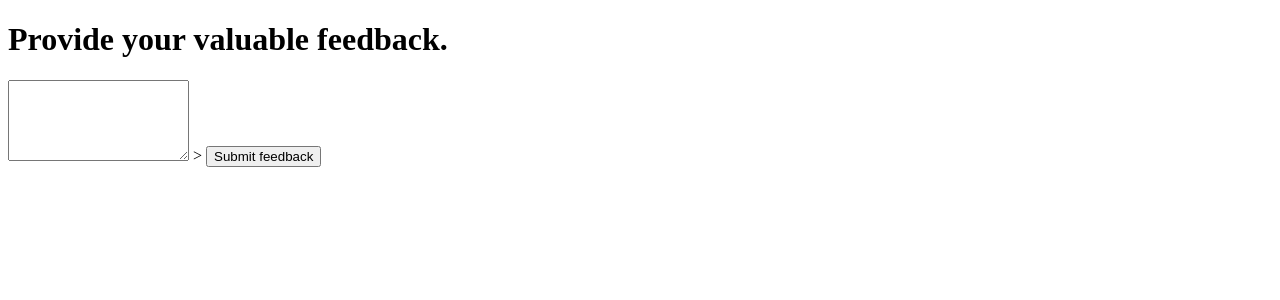
Repository: alph-a07/Java-EE
Page: http://localhost/FeedBackPage/SubmitFeedback.jsp
The author's editor kept a copy of each file at every save. The page is drawn from the files as they stood at one save, then again after the next save.
The browser window is 1280 px wide. The pictures show the whole page.
The page is served by Tomcat 9.

Above is the page before, as saved 2023-01-20 11:18:17.

After the next save:
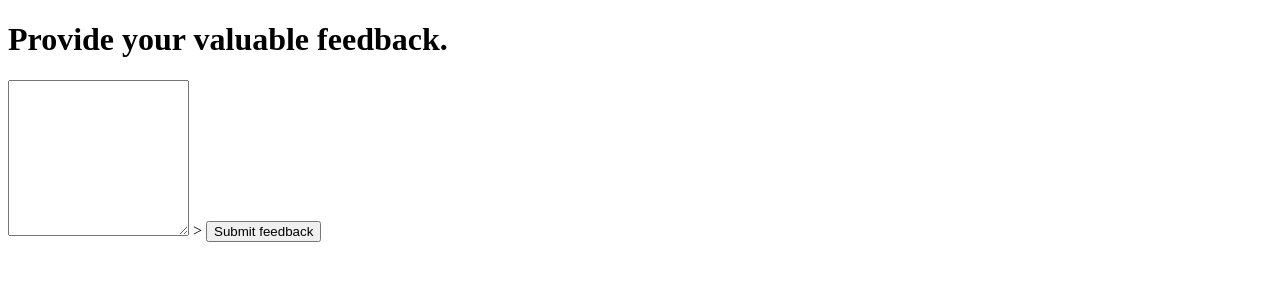
Saved 6 s later.
--- a/FeedBackPage/src/main/webapp/SubmitFeedback.jsp
+++ b/FeedBackPage/src/main/webapp/SubmitFeedback.jsp
@@ -14,7 +14,7 @@
 		<h1>Provide your valuable feedback.</h1>
 
 	<form action="feedbackReceieved" method="post">
-		<textarea rows=5 name="feedbackParam"></textarea>
+		<textarea rows=10 name="feedbackParam"></textarea>
 		> <input type="submit" name="submit" value="Submit feedback" />
 	</form>
 </body>
